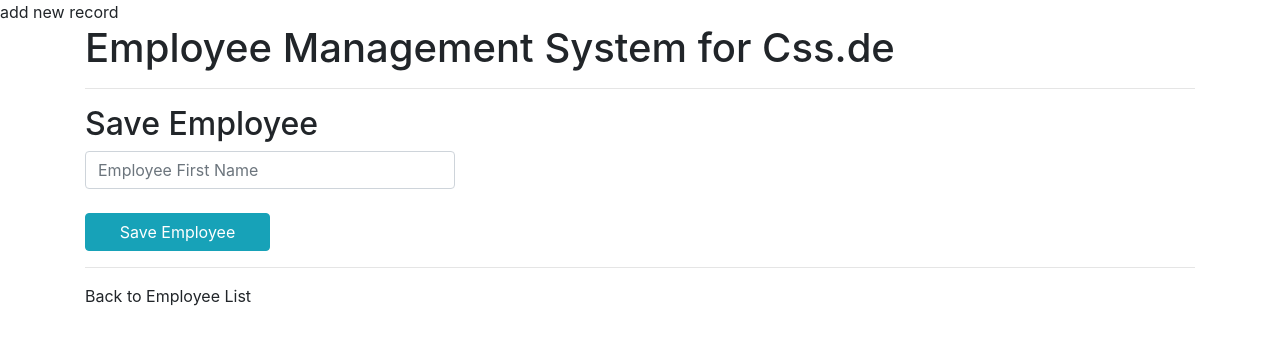
Repository: Len2/Topic4
Page: src/main/resources/templates/newIdCard.html
These files come from the project's save history. The page is drawn as it stood at one moment and after the next save; the edit follows.
The browser window is 1280 px wide. The pictures show the whole page.

Above is the page before, as saved 2020-09-06 15:58:48.

After the next save:
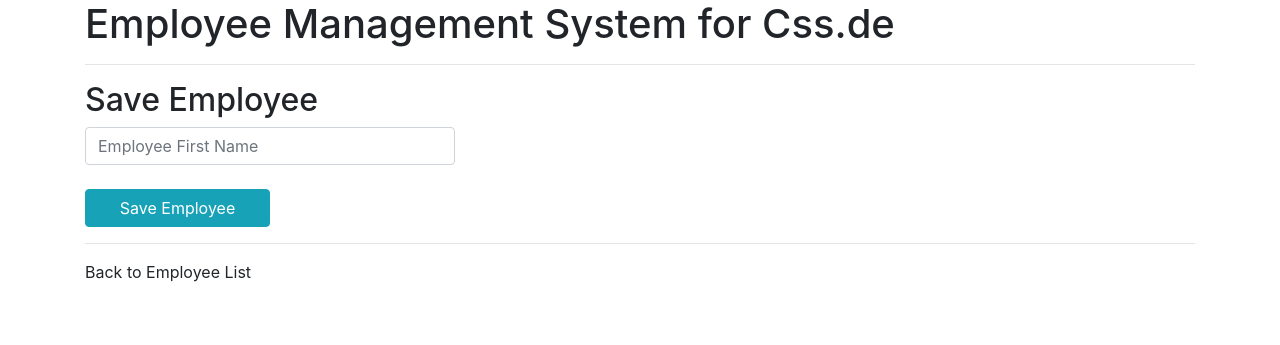
Saved 50 s later.
--- a/src/main/resources/templates/newIdCard.html
+++ b/src/main/resources/templates/newIdCard.html
@@ -1,4 +1,4 @@
-add new record<!DOCTYPE html>
+<!DOCTYPE html>
 <html lang="en" xmlns:th="http://www.thymeleaf.org">
 <head>
 <meta charset="ISO-8859-1">
